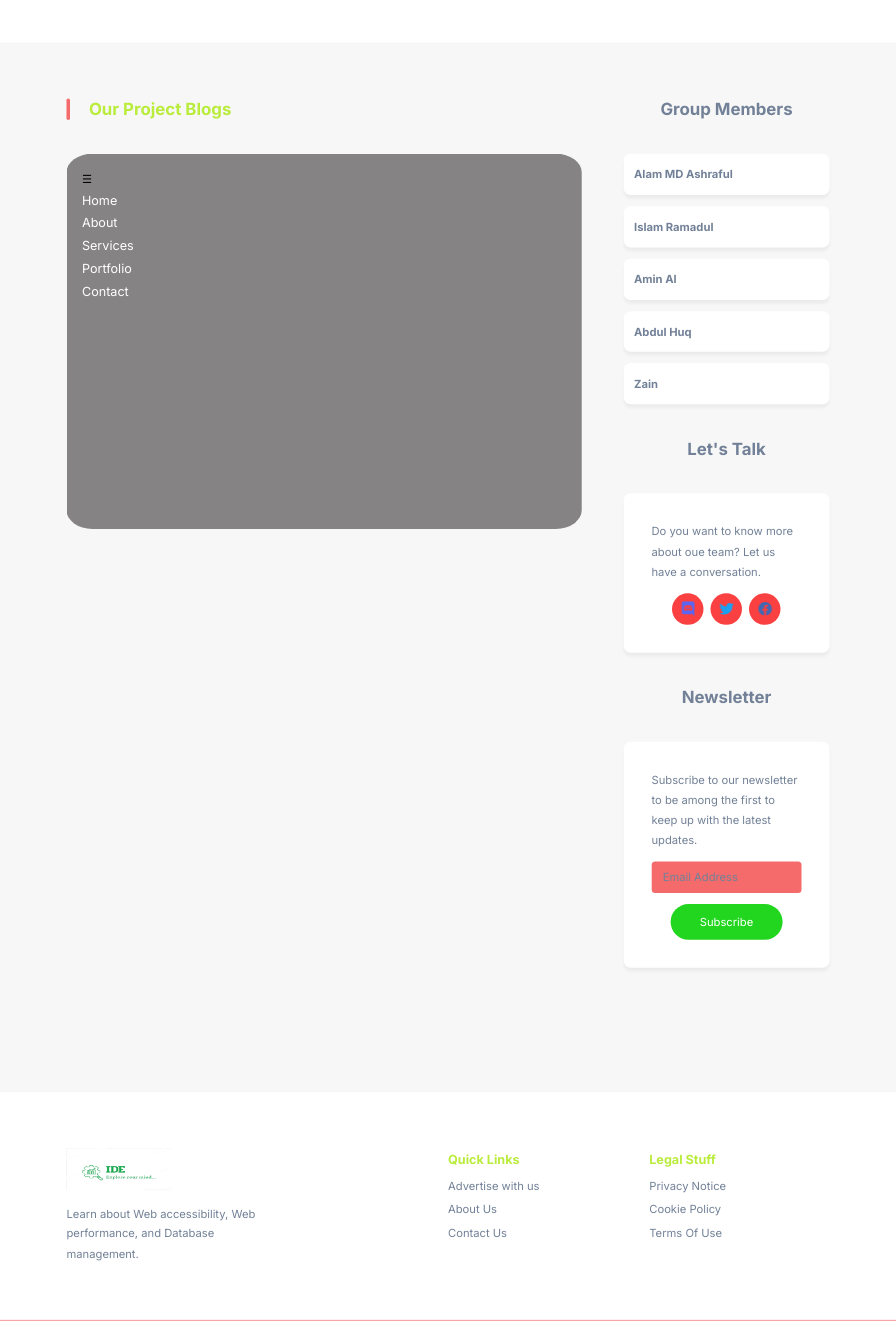
Repository: ramizraaz/zjuTeam
Page: main.html
The author's editor kept a copy of each file at every save. The page is drawn from the files as they stood at one save, then again after the next save.
The browser window is 1280 px wide. The pictures show the part of the page from y = 492 to 2392 px (the page is 2435 px tall), at 70% of full size.
A picture or video elsewhere on the page could not be fetched, so the positions and the page height are approximate.

Above is the page before, as saved 2023-10-22 22:05:31.

### main.html
<!DOCTYPE html>
<html lang="en">

<head>
    <meta charset="UTF-8">
    <meta http-equiv="X-UA-Compatible" content="IE=edge">
    <meta name="viewport" content="width=device-width, initial-scale=1.0">
    <title>Team IDE at Zju,NB</title>


    <!--custom css link -->
    <link rel="stylesheet" href="main.css">

    <!-- google font link -->
    <link rel="preconnect" href="https://fonts.googleapis.com">
    <link rel="preconnect" href="https://fonts.gstatic.com" crossorigin>
    <link href="https://fonts.googleapis.com/css2?family=Inter:wght@400;500;600;700;900&display=swap" rel="stylesheet">
</head>

<body class="light-theme">

    <!--#HEADER -->
    <header>

        <div class="container">

            <nav class="navbar">

                <a href="#">
                    <img src="img/teamLogo.png" alt="Team LoGo" width="150" height="80" class="logo-light">
                    <img src="img/teamLogo.png" alt="Team logo" width="150" height="80" class="logo-dark">
                </a>

                <div class="btn-group">

                    <button class="theme-btn theme-btn-mobile light">
            <ion-icon name="moon" class="moon"></ion-icon>
            <ion-icon name="sunny" class="sun"></ion-icon>
          </button>

                    <button class="nav-menu-btn">
            <ion-icon name="menu-outline"></ion-icon>
          </button>

                </div>

                <div class="flex-wrapper">

                    <ul class="desktop-nav">

                        <li>
                            <a href="#" class="nav-link">Home</a>
                        </li>

                        <li>
                            <a href="#" class="nav-link">About US</a>
                        </li>

                        <li>
                            <a href="#" class="nav-link">Contact US</a>
                        </li>

                    </ul>

                    <button class="theme-btn theme-btn-desktop light">
            <ion-icon name="moon" class="moon"></ion-icon>
            <ion-icon name="sunny" class="sun"></ion-icon>
          </button>

                </div>

                <div class="mobile-nav">

                    <button class="nav-close-btn">
            <ion-icon name="close-outline"></ion-icon>
          </button>

                    <div class="wrapper">

                        <p class="h3 nav-title">Main Menu</p>

                        <ul>
                            <li class="nav-item">
                                <a href="#" class="nav-link">Home</a>
                            </li>

                            <li class="nav-item">
                                <a href="#" class="nav-link">About Me</a>
                            </li>

                            <li class="nav-item">
                                <a href="#" class="nav-link">Contact</a>
                            </li>
                        </ul>

                    </div>
                </div>

            </nav>

        </div>

    </header>





    <main>

        <!--
      - #HERO SECTION
    -->

        <div class="hero">

            <div class="container">

                <div class="left">

                    <h1 class="h1">
                        Hi, We're <b>IDE&nbsp;Team</b>.
                        <br>at Zju,NB
                    </h1>

                    <p class="h3">
                        Your problems <abbr title="Accessibility">is</abbr> our opportunity
                    </p>

                    <div class="btn-group">
                        <a href="#" class="btn btn-primary">Contact us</a>
                        <a href="#" class="btn btn-secondary">About us</a>
                    </div>

                </div>

                <div class="right">

                    <div class="pattern-bg"></div>
                    <div class="img-box">
                        <img src="img/teamPhoto.jpg" alt="Group Photo" class="hero-img">
                    </div>

                </div>

            </div>

        </div>





        <div class="main">

            <div class="container">

                <!-- BLOG SECTION -->
                <div class="blog">

                    <h2 class="h2">Our Project Blogs</h2>
                    <div class="sidebar">
                        <button class="toggle-btn" onclick="toggleSidebar()">☰</button>
                        <ul>
                            <li><a href="#">Home</a></li>
                            <li><a href="#">About</a></li>
                            <li><a href="#">Services</a></li>
                            <li><a href="#">Portfolio</a></li>
                            <li><a href="#">Contact</a></li>
                        </ul>
                    </div>

                </div>

                <!--- ASIDE -->
                <div class="aside">

                    <div class="topics">

                        <h2 class="h2">Group Members</h2>

                        <a href="https://ashraful756.github.io/Ashraful_Profile/" target="_blank" class="topic-btn">
                            <p>Alam MD Ashraful</p>
                        </a>
                        <a href="https://ramizraaz.github.io/ZjuProtfolio/" target="_blank" class="topic-btn">
                            <p>Islam Ramadul</p>
                        </a>
                        <a href="https://aminal333.github.io/alamin_bio/" target="_blank" class="topic-btn">
                            <p>Amin Al</p>
                        </a>
                        <a href="https://abdulhaq2.github.io/DIGITAL-INDUSTRIAL-DESIGN-REVOLUTION/" target="_blank" class="topic-btn">
                            <p>Abdul Huq</p>
                        </a>
                        <a href="#" class="topic-btn">
                            <p>Zain</p>
                        </a>
                    </div>
                    <div class="contact">

                        <h2 class="h2">Let's Talk</h2>

                        <div class="wrapper">

                            <p>
                                Do you want to know more about oue team? Let us have a conversation.
                            </p>

                            <ul class="social-link">

                                <li>
                                    <a href="#" class="icon-box discord">
                                        <ion-icon name="logo-discord"></ion-icon>
                                    </a>
                                </li>

                                <li>
                                    <a href="#" class="icon-box twitter">
                                        <ion-icon name="logo-twitter"></ion-icon>
                                    </a>
                                </li>

                                <li>
                                    <a href="#" class="icon-box facebook">
                                        <ion-icon name="logo-facebook"></ion-icon>
                                    </a>
                                </li>

                            </ul>

                        </div>

                    </div>

                    <div class="newsletter">

                        <h2 class="h2">Newsletter</h2>

                        <div class="wrapper">

                            <p>
                                Subscribe to our newsletter to be among the first to keep up with the latest updates.
                            </p>

                            <form action="#">
                                <input type="email" name="email" placeholder="Email Address" required>

                                <button type="submit" class="btn btn-primary">Subscribe</button>
                            </form>

                        </div>

                    </div>

                </div>

            </div>

        </div>

    </main>





    <!--
    - #FOOTER
  -->

    <footer>

        <div class="container">

            <div class="wrapper">

                <a href="#" class="footer-logo">
                    <img src="img/teamLogo.png" alt="Team Logo" width="150" height="60" class="logo-light">
                    <img src="img/teamLogo.png" alt="Team Logo" width="150" height="60" class="logo-dark">
                </a>

                <p class="footer-text">
                    Learn about Web accessibility, Web performance, and Database management.
                </p>

            </div>

            <div class="wrapper">

                <p class="footer-title">Quick Links</p>

                <ul>

                    <li>
                        <a href="#" class="footer-link">Advertise with us</a>
                    </li>

                    <li>
                        <a href="#" class="footer-link">About Us</a>
                    </li>

                    <li>
                        <a href="#" class="footer-link">Contact Us</a>
                    </li>

                </ul>

            </div>

            <div class="wrapper">

                <p class="footer-title">Legal Stuff</p>

                <ul>

                    <li>
                        <a href="#" class="footer-link">Privacy Notice</a>
                    </li>

                    <li>
                        <a href="#" class="footer-link">Cookie Policy</a>
                    </li>

                    <li>
                        <a href="#" class="footer-link">Terms Of Use</a>
                    </li>

                </ul>

            </div>

        </div>

        <p class="copyright">
            &copy; Copyright 2023 <a href="https://github.com/NexMaker-Fab/2023zjudem-team2" target="_blank">IDE at Zju,NB</a>
        </p>

    </footer>





    <!--
    - custom js link
  -->
    <script src="js/script.min.js"></script>

    <!--
    - ionicon link
  -->
    <script type="module" src="https://unpkg.com/ionicons@5.5.2/dist/ionicons/ionicons.esm.js"></script>
    <script nomodule src="https://unpkg.com/ionicons@5.5.2/dist/ionicons/ionicons.js"></script>
</body>

</html>

Loaded but not shown: js/script.min.js (common file); main.css (912 lines, source omitted)

After the next save:
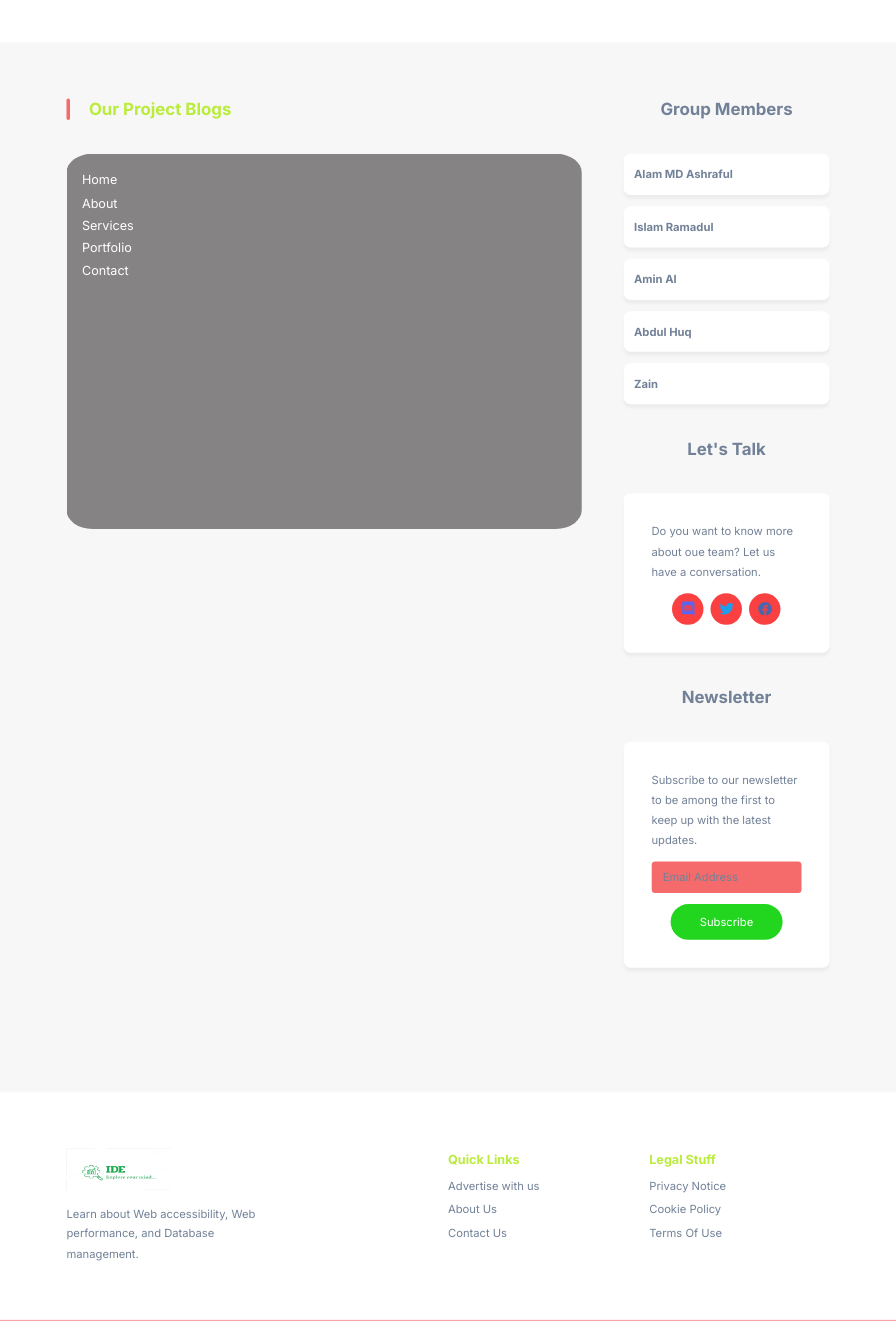
Saved 14 s later.
--- a/main.html
+++ b/main.html
@@ -160,7 +160,7 @@
 
                     <h2 class="h2">Our Project Blogs</h2>
                     <div class="sidebar">
-                        <button class="toggle-btn" onclick="toggleSidebar()">☰</button>
+                        <button class="toggle-btn" o</button>
                         <ul>
                             <li><a href="#">Home</a></li>
                             <li><a href="#">About</a></li>
